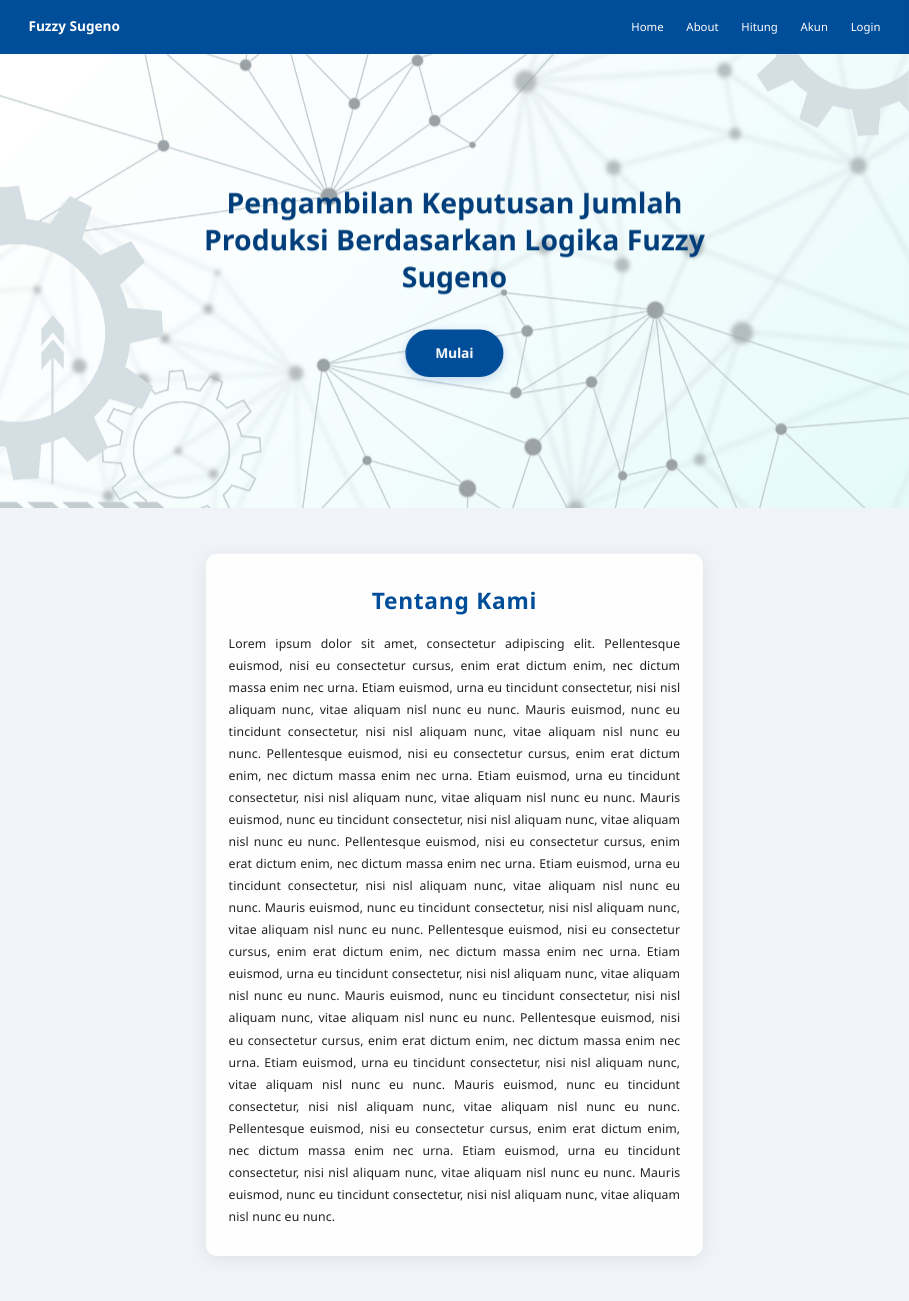
Repository: Senicccc/Defuzzy-Sugeno
Page: http://localhost/
These files come from the project's save history. The page is drawn as it stood at one moment and after the next save; the edit follows.
The browser window is 1280 px wide. The pictures show the whole page, at 71% of full size.
The page is run by PHP 8.4 with error messages shown; the project is at /var/www/html/.

Above is the page before, as saved 2025-06-08 11:29:58.

### index.php
<!DOCTYPE html>
<html lang="id">

<head>
    <meta charset="UTF-8" />
    <meta name="viewport" content="width=device-width, initial-scale=1.0" />
    <title>Fuzzy Sugeno - Produksi</title>
    <link rel="icon" href="img/favicon.png" type="image/png">
    <link rel="stylesheet" href="css/index.css">
</head>

<body>

    <?php
    require_once 'php/header-index.php';
    ?>

    <section class="hero" style="background: url('img/menu-bg.jpg') center center/cover no-repeat;">
        <h1>Pengambilan Keputusan Jumlah Produksi Berdasarkan Logika Fuzzy Sugeno</h1>
        <a href="php/form.php" class="start-button">Mulai</a>
    </section>

    <section id="about-section">
        <div class="about-content">
            <h1>Tentang Kami</h1>
            <p>
                Lorem ipsum dolor sit amet, consectetur adipiscing elit. Pellentesque euismod, nisi eu consectetur
                cursus, enim erat dictum enim, nec dictum massa enim nec urna. Etiam euismod, urna eu tincidunt
                consectetur, nisi nisl aliquam nunc, vitae aliquam nisl nunc eu nunc. Mauris euismod, nunc eu
                tincidunt consectetur, nisi nisl aliquam nunc, vitae aliquam nisl nunc eu nunc. Pellentesque euismod,
                nisi eu consectetur cursus, enim erat dictum enim, nec dictum massa enim nec urna. Etiam euismod, urna
                eu tincidunt consectetur, nisi nisl aliquam nunc, vitae aliquam nisl nunc eu nunc. Mauris euismod, nunc
                eu
                tincidunt consectetur, nisi nisl aliquam nunc, vitae aliquam nisl nunc eu nunc. Pellentesque euismod,
                nisi eu consectetur cursus, enim erat dictum enim, nec dictum massa enim nec urna. Etiam euismod, urna
                eu tincidunt consectetur, nisi nisl aliquam nunc, vitae aliquam nisl nunc eu nunc. Mauris euismod, nunc
                eu tincidunt consectetur, nisi nisl aliquam nunc, vitae aliquam nisl nunc eu nunc. Pellentesque euismod,
                nisi eu consectetur cursus, enim erat dictum enim, nec dictum massa enim nec urna. Etiam euismod, urna
                eu tincidunt consectetur, nisi nisl aliquam nunc, vitae aliquam nisl nunc eu nunc. Mauris euismod, nunc
                eu tincidunt consectetur, nisi nisl aliquam nunc, vitae aliquam nisl nunc eu nunc. Pellentesque euismod,
                nisi eu consectetur cursus, enim erat dictum enim, nec dictum massa enim nec urna. Etiam euismod, urna
                eu tincidunt consectetur, nisi nisl aliquam nunc, vitae aliquam nisl nunc eu nunc. Mauris euismod, nunc
                eu tincidunt consectetur, nisi nisl aliquam nunc, vitae aliquam nisl nunc eu nunc. Pellentesque euismod,
                nisi eu consectetur cursus, enim erat dictum enim, nec dictum massa enim nec urna. Etiam euismod, urna
                eu tincidunt consectetur, nisi nisl aliquam nunc, vitae aliquam nisl nunc eu nunc. Mauris euismod, nunc
                eu tincidunt consectetur, nisi nisl aliquam nunc, vitae aliquam nisl nunc eu nunc.
            </p>
        </div>
    </section>

</body>

</html>

### php/header-index.php
<!DOCTYPE html>
<html lang="id">

<head>
    <meta charset="UTF-8" />
    <meta name="viewport" content="width=device-width, initial-scale=1.0" />
    <title>Fuzzy Sugeno - Produksi</title>
    <link rel="stylesheet" href="https://cdnjs.cloudflare.com/ajax/libs/font-awesome/6.0.0/css/all.min.css">

    <style>
    * {
        margin: 0;
        padding: 0;
        box-sizing: border-box;
        font-family: 'Segoe UI', Tahoma, Geneva, Verdana, sans-serif;
    }

    body {
        background: #f0f4f8;
        color: #333;
    }

    nav {
        background-color: #004d99;
        position: sticky;
        top: 0;
        z-index: 1000;
        padding: 1.4rem 2.4rem;
    }

    .nav-container {
        display: flex;
        justify-content: space-between;
        align-items: center;
        max-width: 1200px;
        margin: 0 auto;
        flex-wrap: wrap;
    }

    .logo {
        color: white;
        font-weight: 800;
        font-size: larger;
    }

    .nav-links {
        display: flex;
        gap: 2rem;
    }

    .nav-links a {
        text-decoration: none;
        color: white;
        font-weight: 500;
        font-size: 1rem;
        transition: color 0.3s;
    }

    .nav-links a:hover {
        color: #ffcc00;
    }

    .burger {
        display: none;
        font-size: 1.5rem;
        color: white;
        cursor: pointer;
        padding: 0.5rem;
    }

    @media (max-width: 768px) {
        .nav-links {
            display: none;
            flex-direction: column;
            background-color: #004d99;
            width: 100%;
            text-align: center;
            margin-top: 1rem;
            padding-bottom: 1rem;
            gap: 1rem;
            order: 1;
        }

        .nav-links.active {
            display: flex;
        }

        .burger {
            display: block;
            margin-left: auto;
            /* Memposisikan burger di kanan */
        }

        nav {
            padding: 0.75rem 1.5rem;
        }
    }
    </style>
</head>

<body>

    <nav>
        <div class="nav-container">
            <div class="logo">Fuzzy Sugeno</div>
            <div class="burger" id="burger"><i class="fas fa-bars"></i></div>
            <div class="nav-links" id="navLinks">
                <a href="index.php">Home</a>
                <a href="index.php#about-section">About</a>
                <a href="php/form.php">Hitung</a>
                <a href="php/account.php">Akun</a>
                <?php if (isset($_SESSION['user_id'])): ?>
                <a href="php/logout.php">Logout</a>
                <?php else: ?>
                <a href="php/login.php">Login</a>
                <?php endif; ?>
            </div>
        </div>
    </nav>

    <script>
    const burger = document.getElementById('burger');
    const navLinks = document.getElementById('navLinks');

    burger.addEventListener('click', () => {
        navLinks.classList.toggle('active');
    });
    </script>

</body>

</html>

### css/index.css
* {
    margin: 0;
    padding: 0;
    box-sizing: border-box;
    font-family: 'Segoe UI', Tahoma, Geneva, Verdana, sans-serif;
}

body {
    background: linear-gradient(135deg, #f0f4f8 0%, #dfe7ee 100%);
    color: #333;
    min-height: 100vh;
    line-height: 1.6;
}

/* Hero Section */
.hero {
    display: flex;
    flex-direction: column;
    justify-content: center;
    align-items: center;
    text-align: center;
    min-height: calc(100vh - 80px);
    padding: 2rem;
    background-image:
        radial-gradient(circle at 10% 20%, rgba(0, 77, 153, 0.05) 0%, transparent 20%),
        radial-gradient(circle at 90% 80%, rgba(0, 77, 153, 0.05) 0%, transparent 20%);
}

.hero h1 {
    font-size: 2.5rem;
    font-weight: 1000;
    color: #003e7b;
    margin-bottom: 2rem;
    max-width: 800px;
    line-height: 1.3;
    text-shadow: 1px 1px 2px rgba(0,0,0,0.);
}

.start-button {
    display: inline-block;
    background-color: #004d99;
    color: white;
    padding: 1rem 2.5rem;
    border-radius: 50px;
    text-decoration: none;
    font-weight: 600;
    font-size: 1.2rem;
    transition: all 0.3s ease;
    box-shadow: 0 4px 15px rgba(0, 77, 153, 0.2);
    border: 2px solid #004d99;
    margin-top: 1rem;
}

.start-button:hover {
    background-color: #ffcc00;
    color: #004d99;
    transform: translateY(-3px);
    box-shadow: 0 6px 20px rgba(0, 77, 153, 0.3);
}

.start-button:active {
    transform: translateY(1px);
}

/* Responsive Design */
@media (max-width: 768px) {
    .hero {
        padding: 1.5rem;
        min-height: calc(100vh - 60px);
    }

    .hero h1 {
        font-size: 1.8rem;
        margin-bottom: 1.5rem;
    }

    .start-button {
        padding: 0.8rem 2rem;
        font-size: 1rem;
    }
}

@media (max-width: 480px) {
    .hero h1 {
        font-size: 1.5rem;
    }

    .start-button {
        padding: 0.7rem 1.8rem;
    }
}

/* Animasi */
@keyframes fadeIn {
    from { opacity: 0; transform: translateY(20px); }
    to { opacity: 1; transform: translateY(0); }
}

.hero {
    animation: fadeIn 0.8s ease-out forwards;
}

.start-button {
    animation: fadeIn 1s ease-out 0.3s both;
}

/* About Section */
#about-section {
    width: 100%;
    display: flex;
    flex-direction: column;
    align-items: center;
    padding: 64px 16px 64px 16px;
    background: transparent;
}

.about-content {
    max-width: 700px;
    background: rgba(255,255,255,0.92);
    border-radius: 16px;
    padding: 2.5rem 2rem;
    color: #222;
    box-shadow: 0 4px 24px rgba(0,0,0,0.08);
    text-align: left;
    margin: 0 auto;
}

.about-content h1 {
    color: #004d99;
    margin-bottom: 1.2rem;
    font-size: 2rem;
    font-weight: 900;
    text-align: center;
    letter-spacing: 1px;
}

.about-content p {
    font-size: 1.08rem;
    line-height: 1.8;
    letter-spacing: 0.01em;
    text-align: justify;
}

/* Responsive */
@media (max-width: 768px) {
    .about-content {
        padding: 1.5rem 1rem;
    }
    .about-content h1 {
        font-size: 1.3rem;
    }
}

After the next save:
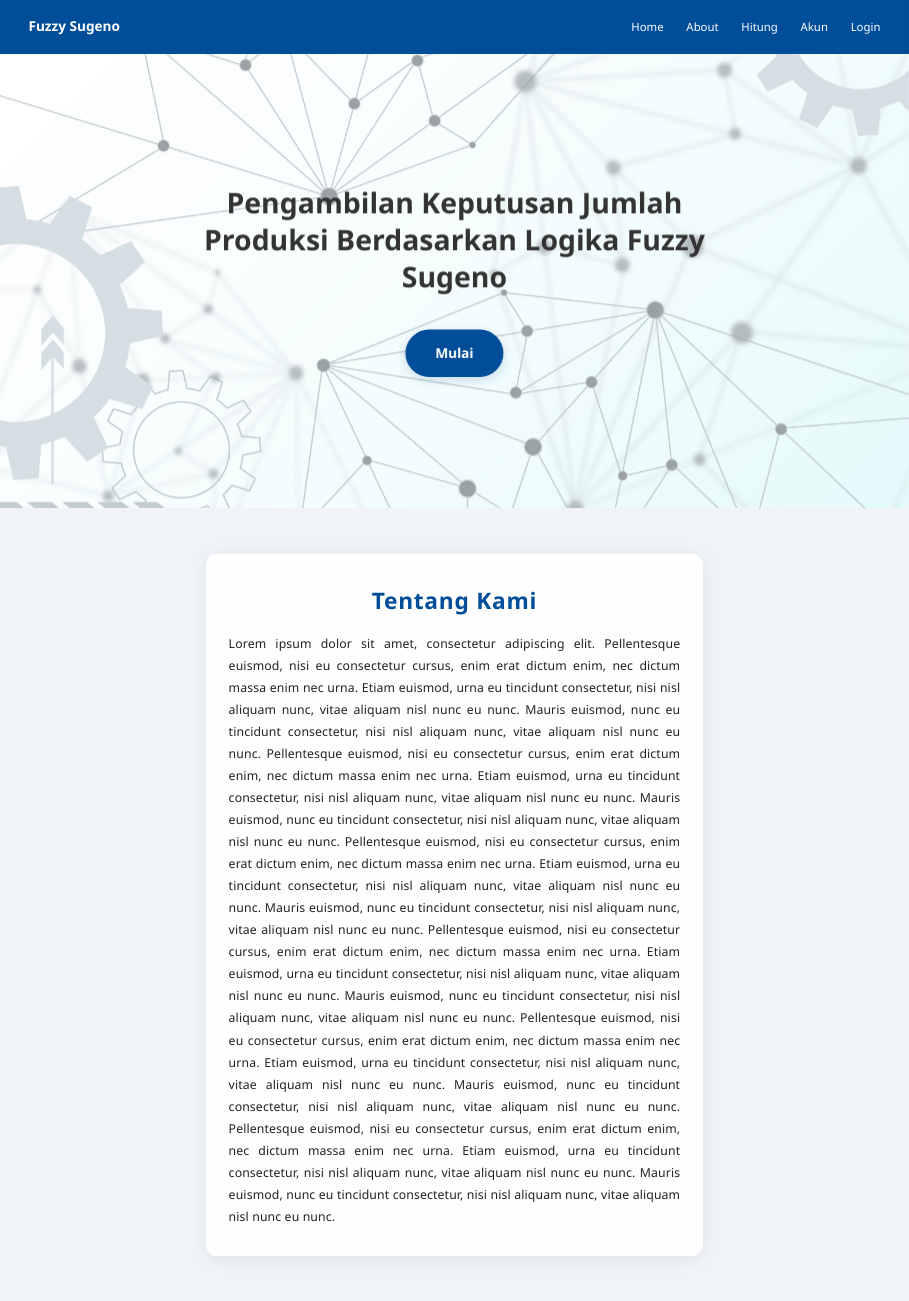
Saved 55 s later.
--- a/css/index.css
+++ b/css/index.css
@@ -29,7 +29,7 @@ body {
 .hero h1 {
     font-size: 2.5rem;
     font-weight: 1000;
-    color: #003e7b;
+    /* color: #003e7b; */
     margin-bottom: 2rem;
     max-width: 800px;
     line-height: 1.3;
